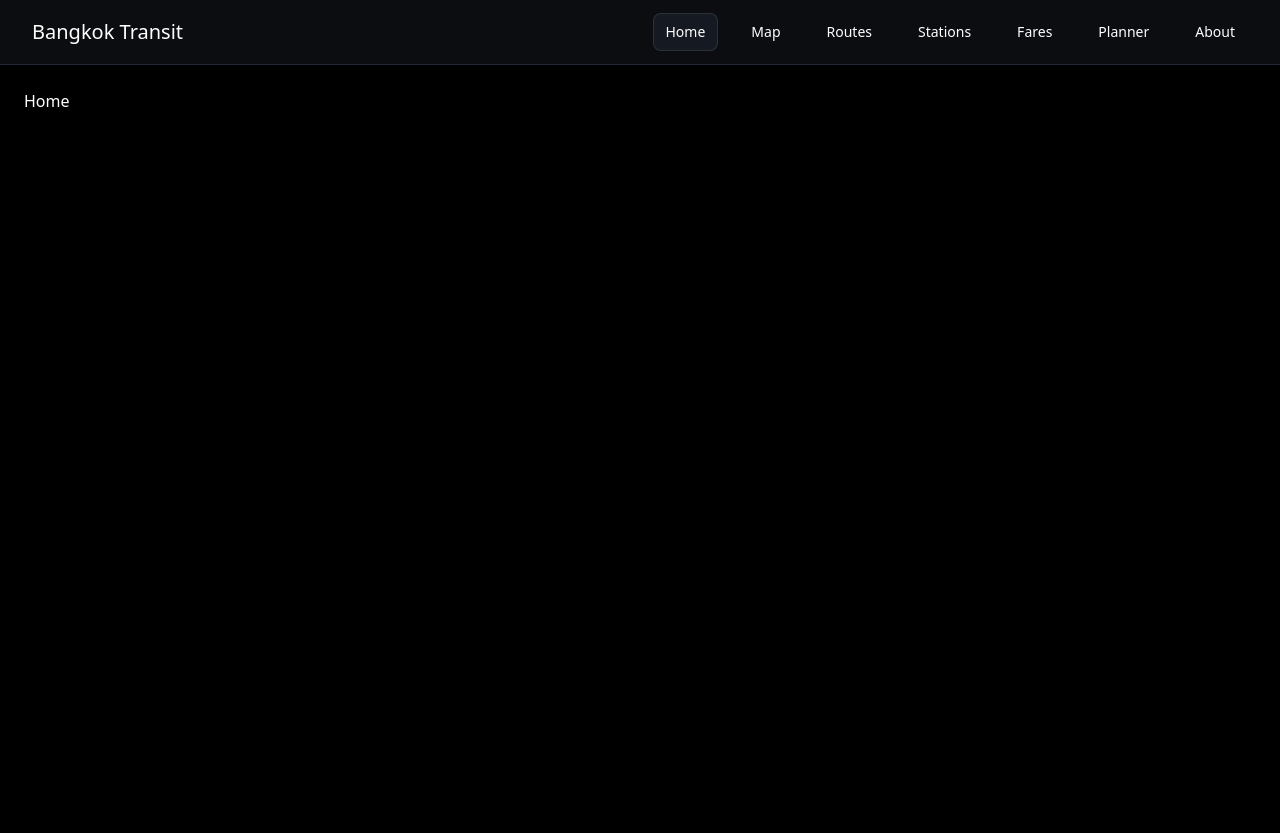
Repository: pyaestk/Bangkok-transit-map
Page: /
The author's editor kept a copy of each file at every save. The page is drawn from the files as they stood at one save, then again after the next save.
The browser window is 1280 px wide. The pictures show the whole page.
The project was rebuilt for these pictures with package versions that can differ from the ones it lists, and the page was loaded fresh each time. Also part of the build but not shown: vite.config.ts, src/component/FiltersCard.tsx, src/pages/Map.tsx, src/pages/Planner.tsx, src/pages/Stations.tsx, src/pages/TrainRoutes.tsx, src/pages/Fares.tsx, src/pages/About.tsx.

Above is the page before, as saved 2025-10-04 10:17:22.

### index.html
<!doctype html>
<html lang="en">
  <head>
    <meta charset="UTF-8" />
    <link rel="icon" type="image/svg+xml" href="/vite.svg" />
    <meta name="viewport" content="width=device-width, initial-scale=1.0" />
    <title>bangkok-transit-map</title>
  </head>
  <body>
    <div id="root"></div>
    <script type="module" src="/src/main.tsx"></script>
  </body>
</html>

### src/main.tsx
import { StrictMode } from 'react'
import { createRoot } from 'react-dom/client'
import './index.css'
import App from './App.tsx'
import { BrowserRouter as Router } from 'react-router'

createRoot(document.getElementById('root')!).render(
  <StrictMode>
    <Router>
      <App />
    </Router>
  </StrictMode>,
)

### src/App.tsx
import "./App.css";
import NavBar from "./component/NavBar";
import { Routes, Route } from "react-router-dom";
import Home from "./pages/Home";
import Map from "./pages/Map";
import Planner from "./pages/Planner";
import Stations from "./pages/Stations";
import TrainRoutes from "./pages/TrainRoutes";
import Fares from "./pages/Fares";
import About from "./pages/About";


function App() {
  return (
    <div className="min-h-screen flex flex-col">
      {/* Navbar at the top */}
      <NavBar />

      {/* Main content area */}
      <main className="flex-1 p-6 bg-grey">
        <Routes>
          <Route
            path="/"
            element={ <Home/> }
          />
          <Route
            path="/map"
            element={ <Map/> }
          />
          <Route
            path="/planner"
            element={ <Planner/>}
          />
          <Route
            path="/routes"
            element={<TrainRoutes/>}
          />
          <Route
            path="/stations"
            element={<Stations/>}
          />
          <Route
            path="/fares"
            element={<Fares/>}
          />
          <Route
            path="/about"
            element={<About/>}
          />
        </Routes>
      </main>
    </div>
  );
}

export default App;

### src/App.css
@import "tailwindcss";

:root {
  background: black;
}

### src/component/NavBar.tsx
import { NavLink } from "react-router-dom";
import { useState } from "react";

function NavBar() {
  const [open, setOpen] = useState(false);

  const baseClasses =
    "px-3 py-2 text-sm border border-transparent block text-center";
  const inactiveClasses = "text-white transition-colors";
  const activeClasses = "bg-[#151922] border rounded-lg text-white border-white/10";

  const links = [
    { to: "/", label: "Home" },
    { to: "/map", label: "Map" },
    { to: "/routes", label: "Routes" },
    { to: "/stations", label: "Stations" },
    { to: "/fares", label: "Fares" },
    { to: "/planner", label: "Planner" },
    { to: "/about", label: "About" },
  ];

  return (
    <nav className="sticky top-0 z-50 bg-[#0e1116cc] border-b border-[#232838] backdrop-blur-[5px] backdrop-brightness-[100%] [-webkit-backdrop-filter:blur(5px)_brightness(100%)]">
      <div className="max-w-7xl mx-auto px-4 sm:px-6 lg:px-8">
        <div className="flex items-center justify-between h-16">
          {/* Left side (Logo / Brand) */}
          <div className="flex-shrink-0 text-white text-xl">
            Bangkok Transit
          </div>

          {/* Desktop links */}
          <div className="hidden md:flex space-x-5">
            {links.map((l) => (
              <NavLink
                key={l.to}
                to={l.to}
                className={({ isActive }) =>
                  `${baseClasses} ${isActive ? activeClasses : inactiveClasses}`
                }
              >
                {l.label}
              </NavLink>
            ))}
          </div>

          {/* Mobile hamburger button */}
          <div className="md:hidden">
            <button
              aria-label="Toggle menu"
              onClick={() => setOpen((s) => !s)}
              className="inline-flex items-center justify-center p-2 rounded-md text-white hover:bg-white/5 focus:outline-none focus:ring-2 focus:ring-white"
            >
              <span className="sr-only">Open main menu</span>
              {/* Hamburger / X icon */}
              <svg
                className={`h-6 w-6 ${open ? "hidden" : "block"}`}
                xmlns="http://www.w3.org/2000/svg"
                fill="none"
                viewBox="0 0 24 24"
                strokeWidth={2}
                stroke="currentColor"
                aria-hidden="true"
              >
                <path
                  strokeLinecap="round"
                  strokeLinejoin="round"
                  d="M3 6h18M3 12h18M3 18h18"
                />
              </svg>
              <svg
                className={`h-6 w-6 ${open ? "block" : "hidden"}`}
                xmlns="http://www.w3.org/2000/svg"
                fill="none"
                viewBox="0 0 24 24"
                strokeWidth={2}
                stroke="currentColor"
                aria-hidden="true"
              >
                <path
                  strokeLinecap="round"
                  strokeLinejoin="round"
                  d="M6 18L18 6M6 6l12 12"
                />
              </svg>
            </button>
          </div>
        </div>
      </div>

      {/* Mobile menu, shown when open is true */}
      <div className={`md:hidden ${open ? "block" : "hidden"} `}>
        <div className="px-2 pt-2 pb-3 space-y-1">
          {links.map((l) => (
            <NavLink
              key={l.to}
              to={l.to}
              onClick={() => setOpen(false)}
              className={({ isActive }) =>
                `${baseClasses} ${isActive ? activeClasses : inactiveClasses}`
              }
            >
              {l.label}
            </NavLink>
          ))}
        </div>
      </div>
    </nav>
  );
}

export default NavBar;

### src/pages/Home.tsx
export default function Home() {
  return (
    <div className="min-h-screen">
      <h1 className="text-white">Home</h1>
    </div>
  )
}

Loaded but not shown: src/index.css (common file)

After the next save:
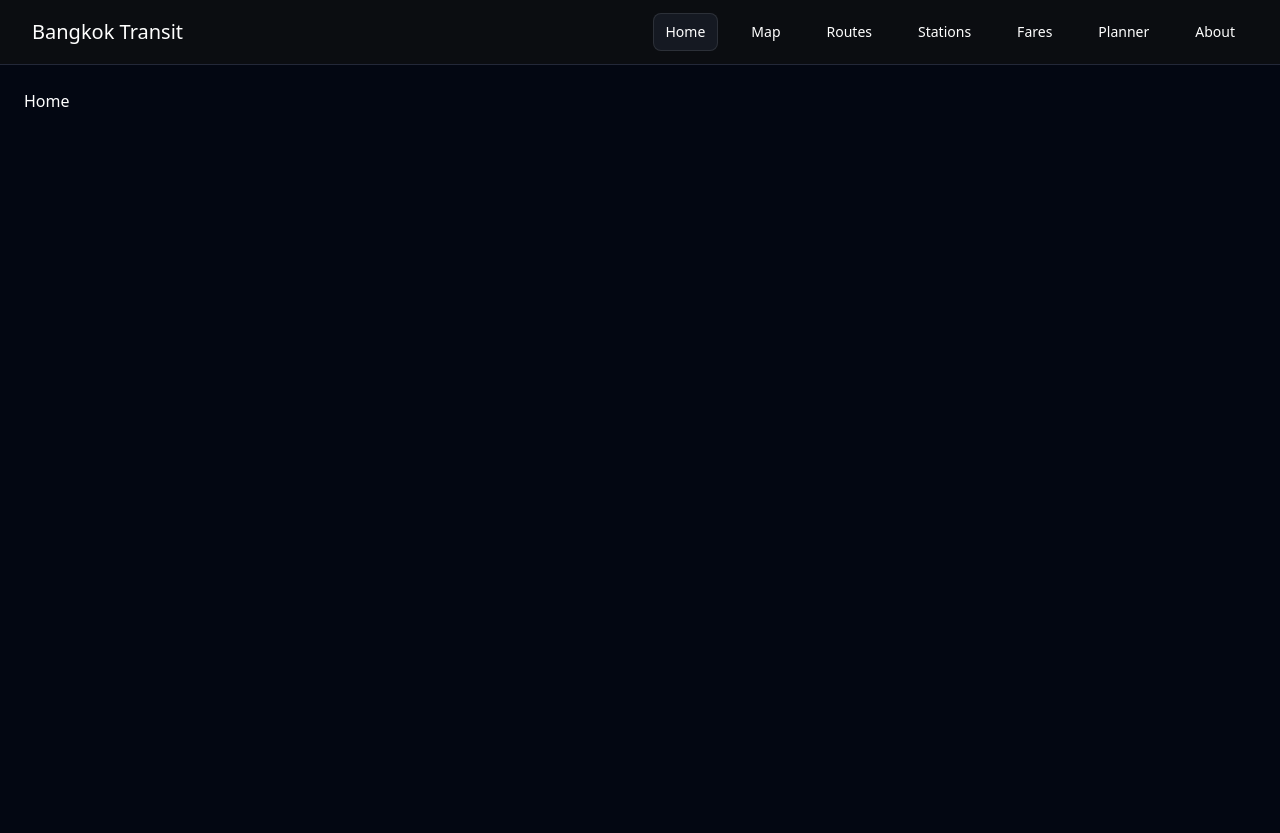
Saved 9 s later.
--- a/src/App.tsx
+++ b/src/App.tsx
@@ -17,7 +17,7 @@ function App() {
       <NavBar />
 
       {/* Main content area */}
-      <main className="flex-1 p-6 bg-grey">
+      <main className="flex-1 p-6 bg-gray-950">
         <Routes>
           <Route
             path="/"
